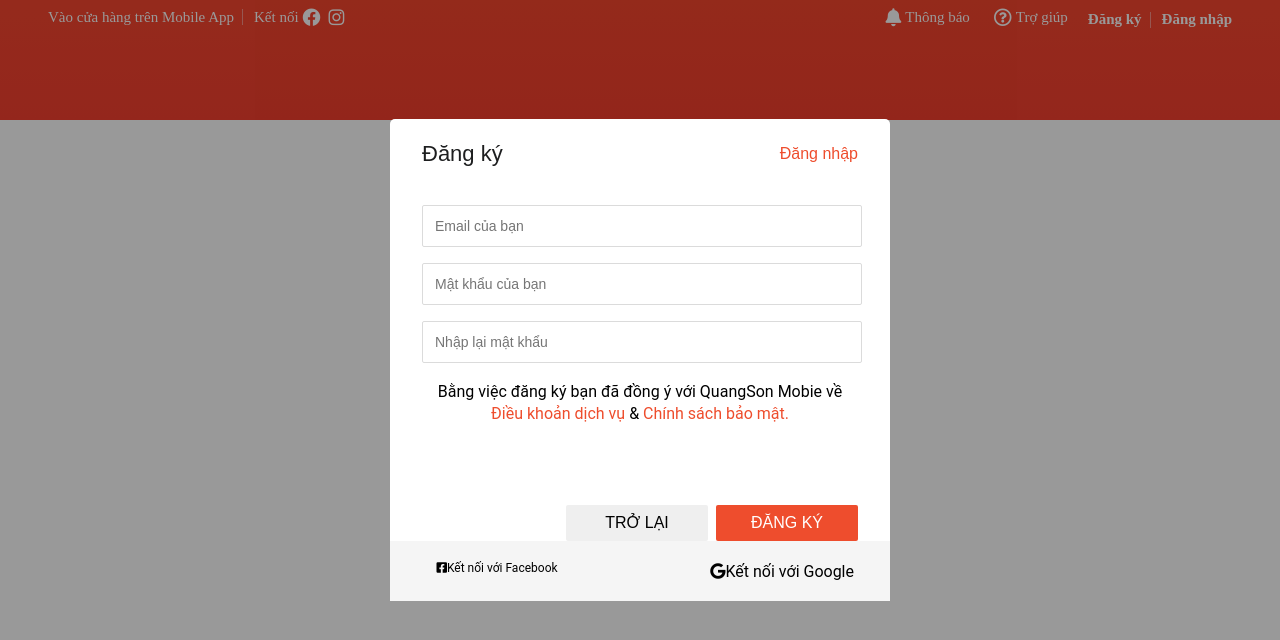
Repository: Qson412/BTL_Web
Page: index.html
The author's editor kept a copy of each file at every save. The page is drawn from the files as they stood at one save, then again after the next save.
The browser window is 1280 px wide. The pictures show the whole page.

Above is the page before, as saved 2021-11-29 17:17:26.

After the next save:
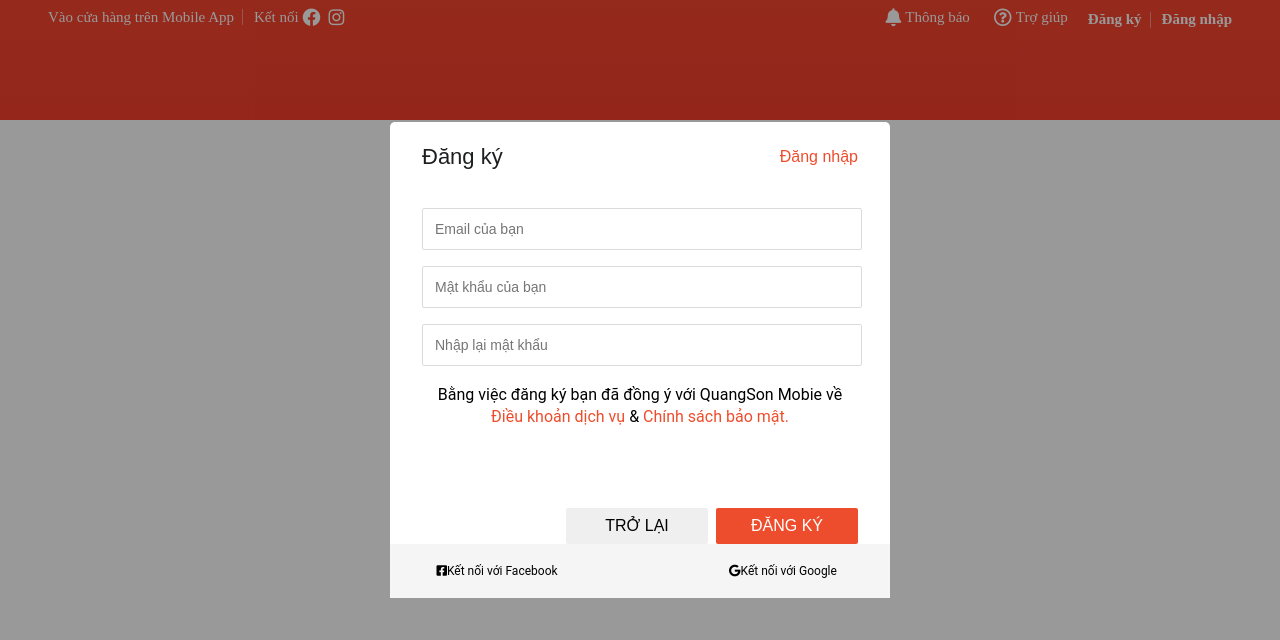
Saved 28 s later.
--- a/index.html
+++ b/index.html
@@ -160,7 +160,7 @@
                     <a href="" class="btn btn--size-s btn--with-icon">
                         <i class="fab fa-facebook-square"></i>
                         Kết nối với Facebook</a>
-                    <a href="" class="btn btn--with-icon">
+                    <a href="" class="btn btn--size-s btn--with-icon">
                         <i class="fab fa-google"></i>
                         Kết nối với Google</a>
                 </div>
